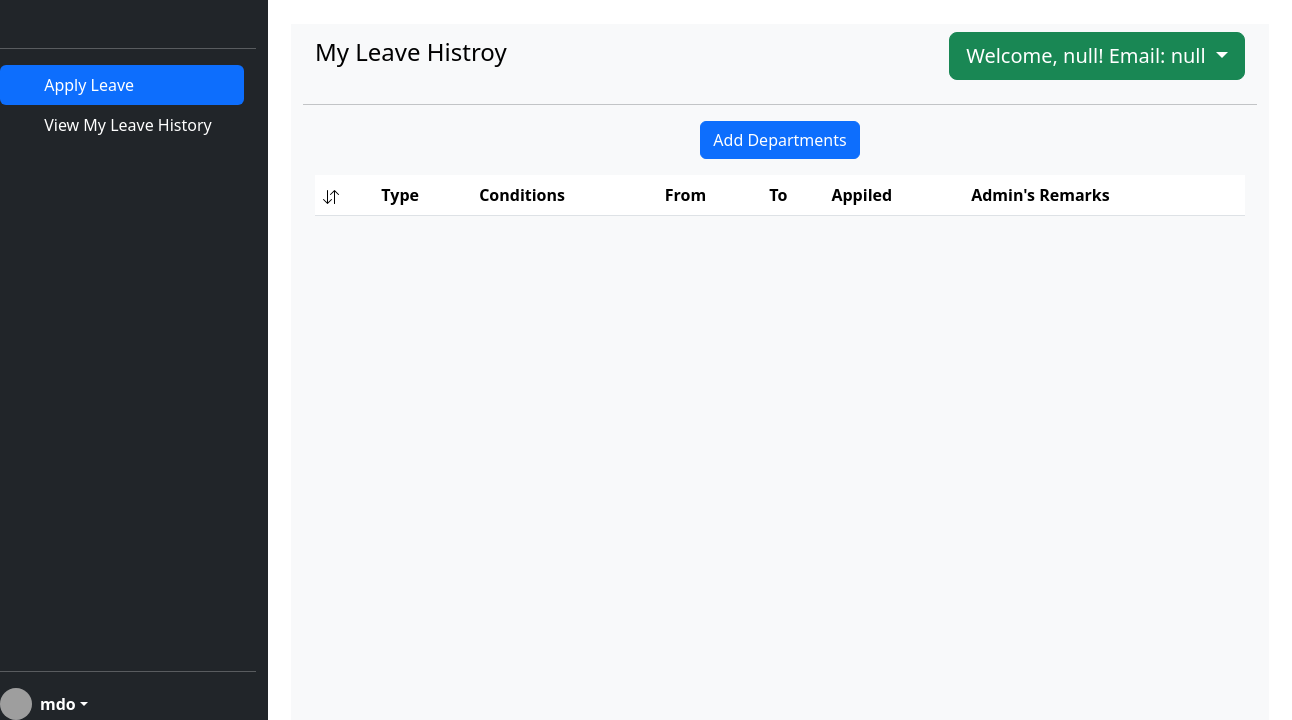
Repository: Ashish4910/Leave-Application-Management
Page: http://localhost/Employee_management/Employee/View_leave_History.jsp
An editor plug-in stored every save of this project. The page is shown before and after the next save, followed by the edit.
The browser window is 1280 px wide. The page is 1292 px wide, so the pictures cover 1292 px, including what lies to the right of the window. The pictures show the whole page.
Pictures or frames that could not be fetched are drawn as grey boxes. The page is served by Tomcat 9. Other server files are loaded and not shown. Queries for data that is not in the repository find no rows.

Above is the page before, as saved 2023-12-02 07:04:38.

### Employee Management Project/Employee_management/src/main/webapp/Employee/View_leave_History.jsp
<!doctype html>
<html lang="en">
<%@ page import="java.sql.*"%>
<%@ page import="javax.servlet.http.HttpSession"%>
<head>
<meta charset="utf-8">
<meta name="viewport" content="width=device-width, initial-scale=1">
<title>Admin Dashboard</title>
<link
	href="https://cdn.jsdelivr.net/npm/bootstrap@5.3.2/dist/css/bootstrap.min.css"
	rel="stylesheet"
	integrity="sha384-T3c6CoIi6uLrA9TneNEoa7RxnatzjcDSCmG1MXxSR1GAsXEV/Dwwykc2MPK8M2HN"
	crossorigin="anonymous">
<link rel="stylesheet"
	href="https://cdnjs.cloudflare.com/ajax/libs/font-awesome/6.2.1/css/all.min.css"
	integrity="sha512-MV7K8+y+gLIBoVD59lQIYicR65iaqukzvf/nwasF0nqhPay5w/9lJmVM2hMDcnK1OnMGCdVK+iQrJ7lzPJQd1w=="
	crossorigin="anonymous" referrerpolicy="no-referrer" />

<style type="text/css">
.full-height-sidebar {
	height: 100vh;
	background-color: #111;
	color: white;
}

.custom-width {
	width: 280px;
}

.btn-wider {
	min-width: 150px; /* Adjust the width as needed */
}
}
</style>

</head>
<body>

	<div class="row">
		<div
			class="d-flex flex-column  text-bg-dark  col-lg-2 full-height-sidebar custom-width ">
			<a href="/"
				class="d-flex align-items-center mb-3 mb-md-0 me-md-auto text-white text-decoration-none">
				<svg class="bi pe-none me-2" width="40" height="32">
				<use xlink:href="#bootstrap"></use></svg> <span class="fs-4"> </span>
			</a>
			<hr>
			<ul class="nav nav-pills flex-column mb-auto container-fluid">
				<li class="nav-item"><a href="Employee_dashboard.jsp"
					class="nav-link active" aria-current="page"> <svg
							class="bi pe-none me-2" width="16" height="16">
						<use xlink:href="#home"></use></svg> Apply Leave
				</a></li>
				<li><a href="View_leave_History.jsp"
					class="nav-link text-white"> <svg class="bi pe-none me-2"
							width="16" height="16">
						<use xlink:href="#table"></use></svg> View My Leave History
				</a></li>


			</ul>
			<hr>
			<div class="dropdown">
				<a href="#"
					class="d-flex align-items-center text-white text-decoration-none dropdown-toggle"
					data-bs-toggle="dropdown" aria-expanded="false"> <img
					src="https://github.com/mdo.png" alt="" width="32" height="32"
					class="rounded-circle me-2"> <strong>mdo</strong>
				</a>
				<ul class="dropdown-menu dropdown-menu-dark text-small shadow">
					<li><a class="dropdown-item" href="#">New project...</a></li>
					<li><a class="dropdown-item" href="#">Settings</a></li>
					<li><a class="dropdown-item" href="#">Profile</a></li>
					<li><hr class="dropdown-divider"></li>
					<li><a class="dropdown-item" href="#">Sign out</a></li>
				</ul>
			</div>
		</div>

		<div class="container col-lg-9 bg-light mt-4 right-content">

			<div class="card-body">
				<nav class="navbar navbar-light bg-light">
					<div class="container-fluid">
						<a class="navbar-brand" href="#"><h4>My Leave Histroy</h4></a> <a
							class="navbar-brand" href="#"> <i
							class="fa-solid fa-arrow-up-arrow-down"></i></a>
						<!-- 	<button type="button" class="btn btn-primary"
							style="hight: 200px; width: 200px">Admin</button> -->

						<%

						HttpSession session1 = request.getSession(true);
						String email = (String) session1.getAttribute("email");
						String employeeName = (String) session1.getAttribute("firstName");
						/* String employeeId =(String) session1.getAttribute("employeeId"); */
						%>

						<div class="dropdown nav-item ">
							<a class="btn btn-success dropdown-toggle btn-lg  btn-wider "
								href="#" role="button" data-bs-toggle="dropdown"
								aria-expanded="false">

									Welcome,
									<%=employeeName%>!


									Email:
									<%= email%>

									<%-- <p> EmployeeId:
									<%=employeeId %>
									</p> --%>
							</a>
							<ul class="dropdown-menu">
								<li><a class="dropdown-item" href="#">Log-Out</a></li>

							</ul>
						</div>
					</div>
				</nav>
			</div>
			<!-- ====================================================================================== -->


			<!-- ================================================================================================= -->

			<hr>
			<div class="container">
				<div class="text-center mt-3 mb-3">
					<a href="Add_Departments.jsp" class="btn btn-primary ">Add
						Departments</a>

				</div>
				<table class="table">
					<thead>
						<tr>
							<th scope="col"><img src="../Image/arrow-down-up.svg"></th>
							<th scope="col">Type</th>
							<th scope="col">Conditions</th>
							<th scope="col">From</th>
							<th scope="col">To</th>
							<th scope="col">Appiled</th>
							<th scope="col">Admin's Remarks</th>




						</tr>
						<%
						Connection conn = null;
						PreparedStatement pstmt = null;
						String sql = "SELECT * FROM apply_leave";
						ResultSet rs = null;

						try {
							Class.forName("com.mysql.cj.jdbc.Driver");
							conn = DriverManager.getConnection("jdbc:mysql://localhost:3306/employee_management?user=root&password=root123@");
							pstmt = conn.prepareStatement(sql);
							rs = pstmt.executeQuery();
							while (rs.next()) {
						%>
						<tr>
							<td><%=rs.getString("id")%></td>
							<td><%=rs.getString("leave_type")%></td>
							<td><%=rs.getString("long_text")%></td>
							<td><%=rs.getString("start_date")%></td>
							<td><%=rs.getString("end_date")%></td>
							<td><%=rs.getString("end_date")%></td>
							<td>
								<form action="../Department_Delete" method="post">
									<!-- Hidden input to store the Department_id value -->
									<input type="hidden" name="id"
										value="<%=rs.getString("Department_id")%>">
									<!-- Submit button with the trash icon -->
									<button type="submit" class="btn btn-link">
										<i class="fa-solid fa-trash"></i>
									</button>
									<a
										href="Edit_Department.jsp?id=<%=rs.getString("Department_id")%>"
										class=""><i class="fa-solid fa-pen-to-square"></i></a>
								</form>
							</td>


							<!-- Add more columns as needed -->
						</tr>
						<%
						}
						} catch (Exception e) {
						e.printStackTrace();
						} finally {
						if (rs != null) {
						rs.close();
						}
						if (pstmt != null) {
						pstmt.close();
						}
						if (conn != null) {
						conn.close();
						}
						}
						%>

					</tbody>
				</table>
			</div>
		</div>

		<script
			src="https://cdn.jsdelivr.net/npm/bootstrap@5.3.2/dist/js/bootstrap.bundle.min.js"
			integrity="sha384-C6RzsynM9kWDrMNeT87bh95OGNyZPhcTNXj1NW7RuBCsyN/o0jlpcV8Qyq46cDfL"
			crossorigin="anonymous"></script>
</body>
</html>

### Employee Management Project/Employee_management/src/main/webapp/Image/arrow-down-up.svg
<svg xmlns="http://www.w3.org/2000/svg" width="16" height="16" fill="currentColor" class="bi bi-arrow-down-up" viewBox="0 0 16 16">
  <path fill-rule="evenodd" d="M11.5 15a.5.5 0 0 0 .5-.5V2.707l3.146 3.147a.5.5 0 0 0 .708-.708l-4-4a.5.5 0 0 0-.708 0l-4 4a.5.5 0 1 0 .708.708L11 2.707V14.5a.5.5 0 0 0 .5.5m-7-14a.5.5 0 0 1 .5.5v11.793l3.146-3.147a.5.5 0 0 1 .708.708l-4 4a.5.5 0 0 1-.708 0l-4-4a.5.5 0 0 1 .708-.708L4 13.293V1.5a.5.5 0 0 1 .5-.5"/>
</svg>

After the next save:
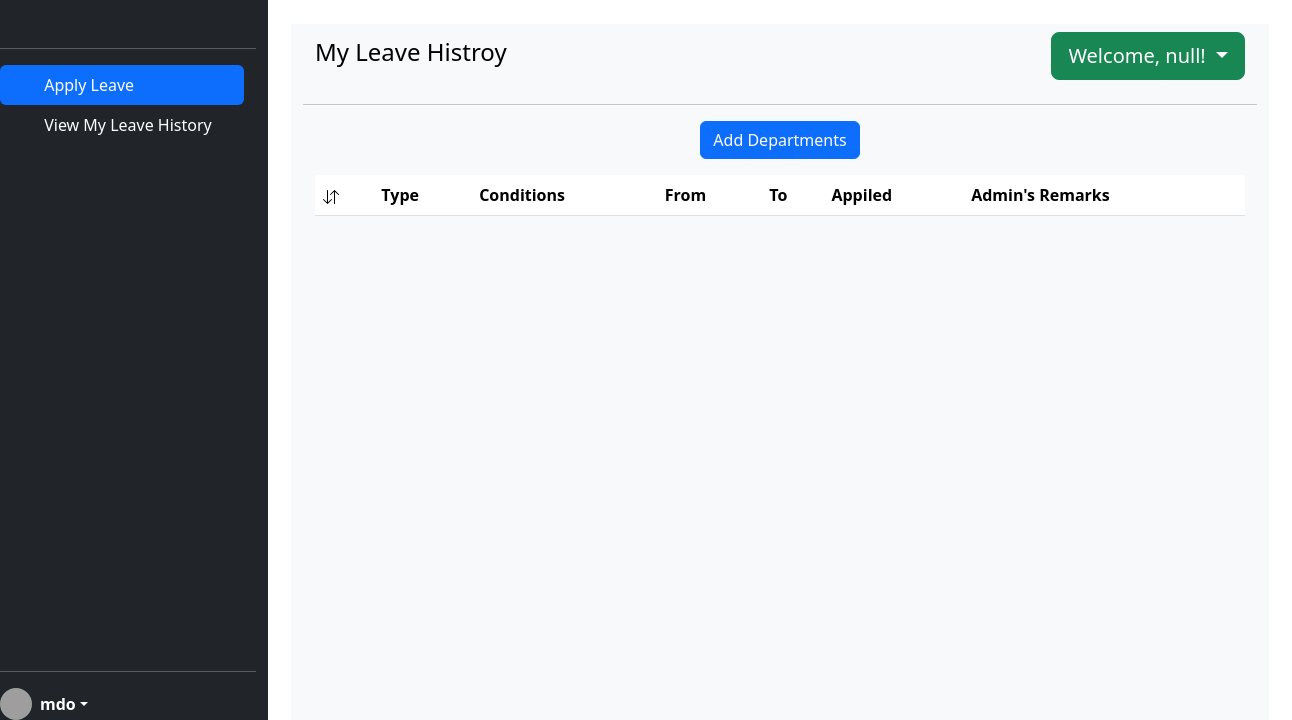
Saved 22 s later.
--- a/Employee Management Project/Employee_management/src/main/webapp/Employee/View_leave_History.jsp
+++ b/Employee Management Project/Employee_management/src/main/webapp/Employee/View_leave_History.jsp
@@ -105,8 +105,8 @@
 									<%=employeeName%>!
 
 
-									Email:
-									<%= email%>
+									<%-- Email:
+									<%= email%> --%>
 
 									<%-- <p> EmployeeId:
 									<%=employeeId %>
